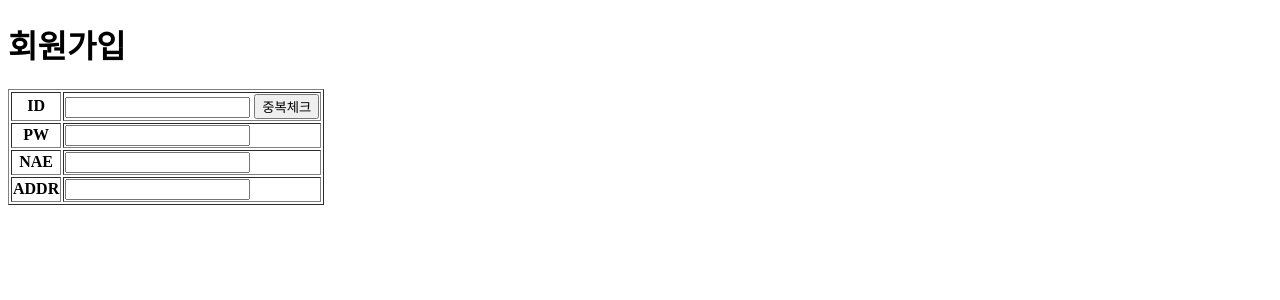
Repository: leedh909/Academy-web-
Page: http://localhost/Jsp04_LoginBoard/registform.jsp
An editor plug-in stored every save of this project. The page is shown before and after the next save, followed by the edit.
The browser window is 1280 px wide. The pictures show the whole page.
The page is served by Tomcat 9.

Above is the page before, as saved 2020-07-02 04:48:15.

After the next save:
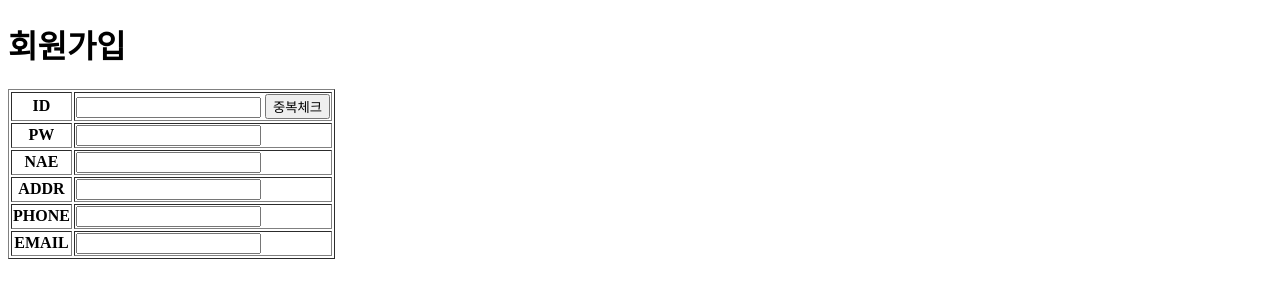
Saved 63 s later.
--- a/실습자료/eclipse-servlet/Jsp04_LoginBoard/WebContent/registform.jsp
+++ b/실습자료/eclipse-servlet/Jsp04_LoginBoard/WebContent/registform.jsp
@@ -35,6 +35,14 @@
 				<th>ADDR</th>
 				<td><input type="text" name="myaddr" onclick="idChkConfirm();" required="required"></td>
 			</tr>
+			<tr>
+				<th>PHONE</th>
+				<td><input type="text" name="myphone" onclick="idChkConfirm();" required="required"></td>
+			</tr>
+			<tr>
+				<th>EMAIL</th>
+				<td><input type="text" name="myemail" onclick="idChkConfirm();" required="required"></td>
+			</tr>
 
 		</table>
 	</form>
